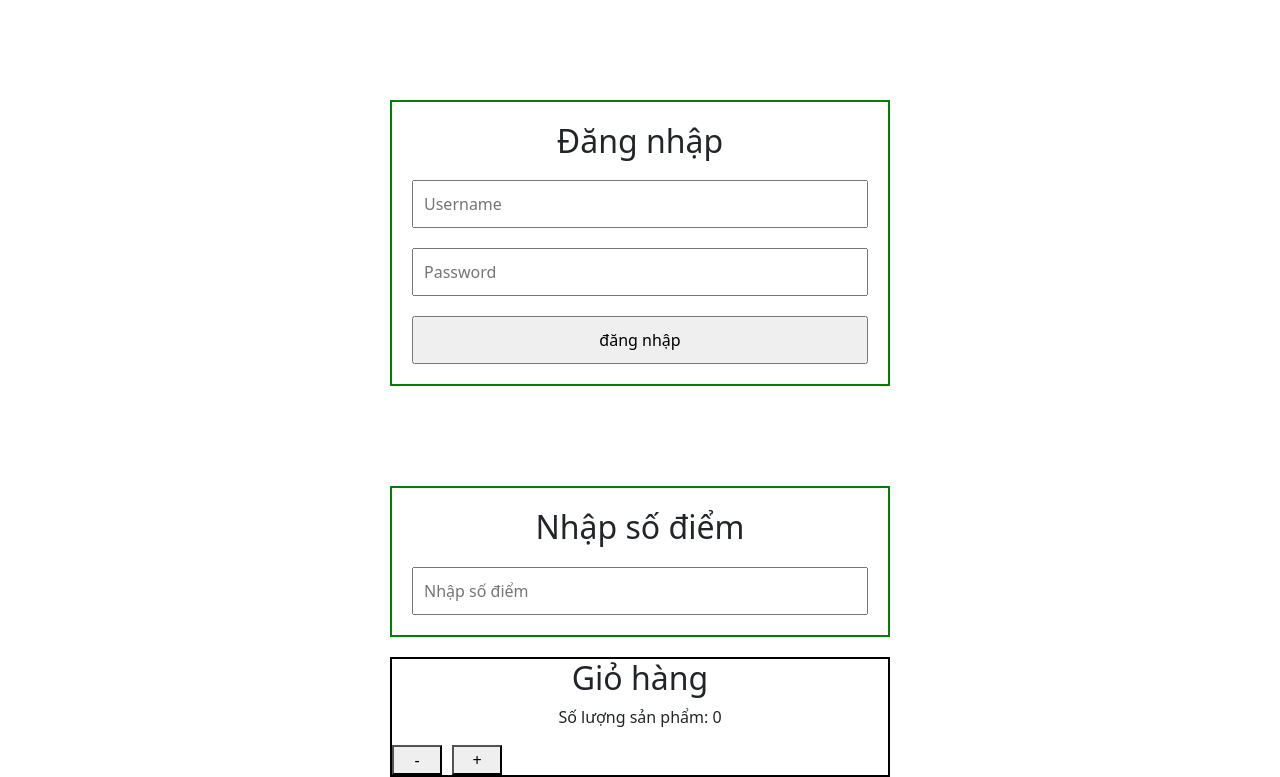
Repository: Phong-poor/frontendframework
Page: / (app in vue-lab-asm/)
These files come from the project's save history. The page is drawn as it stood at one moment and after a run of saves; the edit follows.
The browser window is 1280 px wide. The pictures show the whole page.
The project was rebuilt for these pictures with package versions that can differ from the ones it lists, and the page was loaded fresh each time. Also part of the build but not shown: vue-lab-asm/vite.config.js, vue-lab-asm/src/components/Lab1.vue, vue-lab-asm/src/components/product.vue, vue-lab-asm/src/components/Dangnhap.vue, vue-lab-asm/src/components/NotFound.vue, vue-lab-asm/src/components/Dangky.vue, vue-lab-asm/src/components/admin.vue, vue-lab-asm/src/components/admin-category.vue.

Above is the page before, as saved 2025-10-07 18:47:08.

After the next 2 saves:
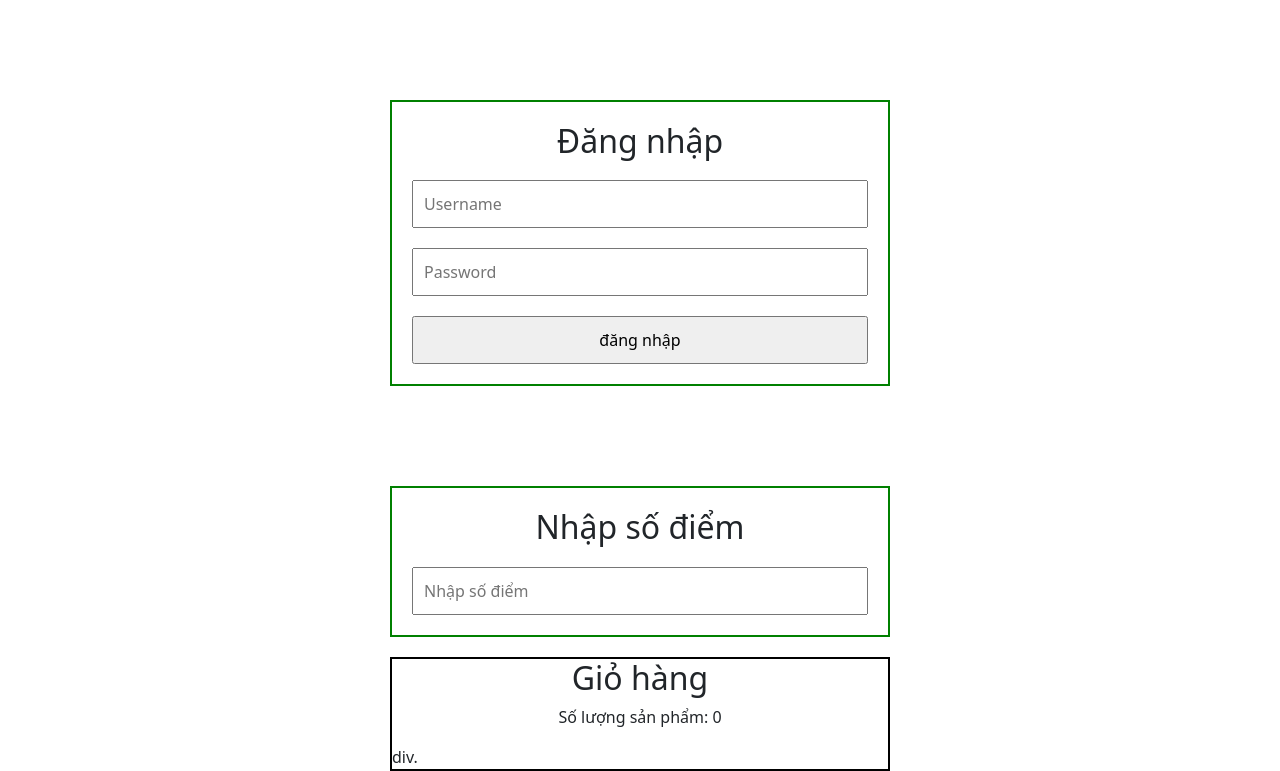
The 2 saves are shown as one change because they came seconds apart.
The last was saved 14 s later.
--- a/vue-lab-asm/src/components/Lab2.vue
+++ b/vue-lab-asm/src/components/Lab2.vue
@@ -71,8 +71,7 @@
     <div class="Giohang">
         <h2>Giỏ hàng</h2>
         <p>Số lượng sản phẩm: {{ quantity }}</p>
-        <button @click="decrease">-</button>
-        <button @click="increase">+</button>
+        div.
     </div>
 
 </template>

After the 3 saves that followed:
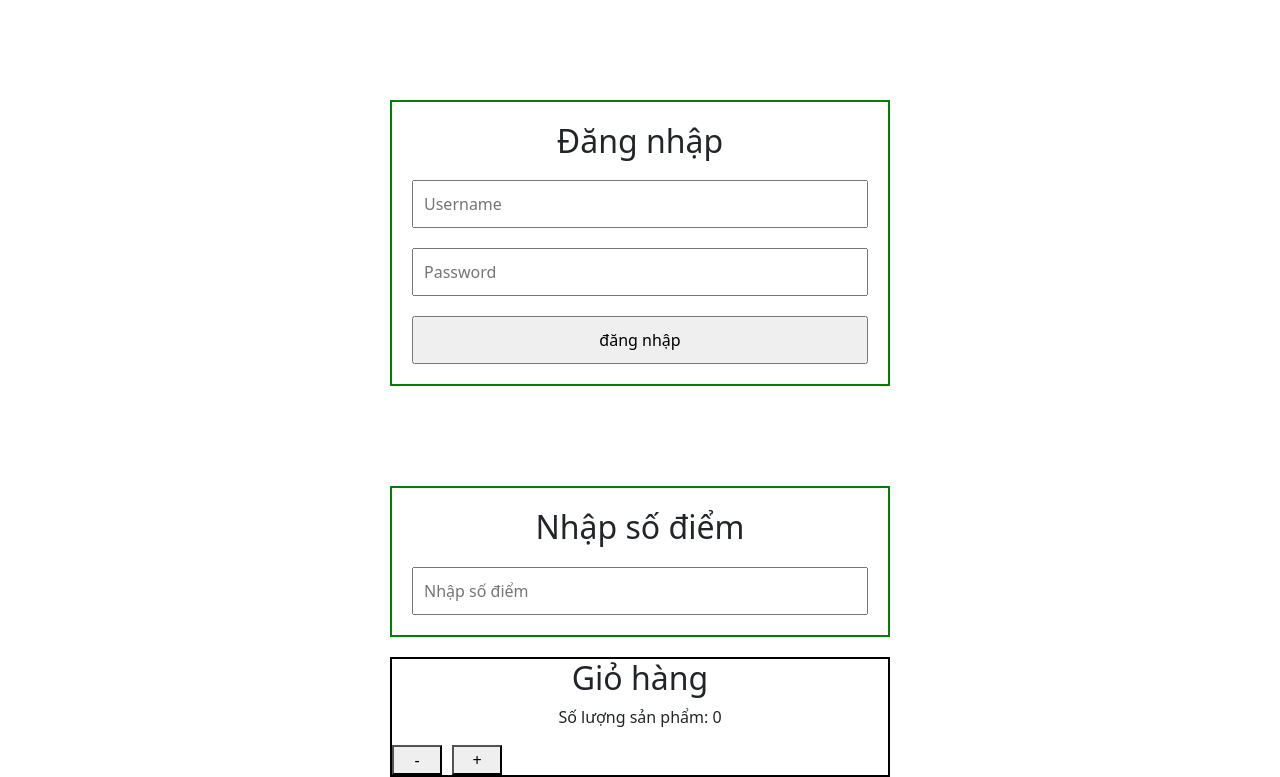
The 3 saves are shown as one change because they came seconds apart.
The last was saved 12 s later.
--- a/vue-lab-asm/src/components/Lab2.vue
+++ b/vue-lab-asm/src/components/Lab2.vue
@@ -71,7 +71,8 @@
     <div class="Giohang">
         <h2>Giỏ hàng</h2>
         <p>Số lượng sản phẩm: {{ quantity }}</p>
-        div.
+        <button @click="decrease">-</button>
+        <button @click="increase">+</button>
     </div>
 
 </template>
